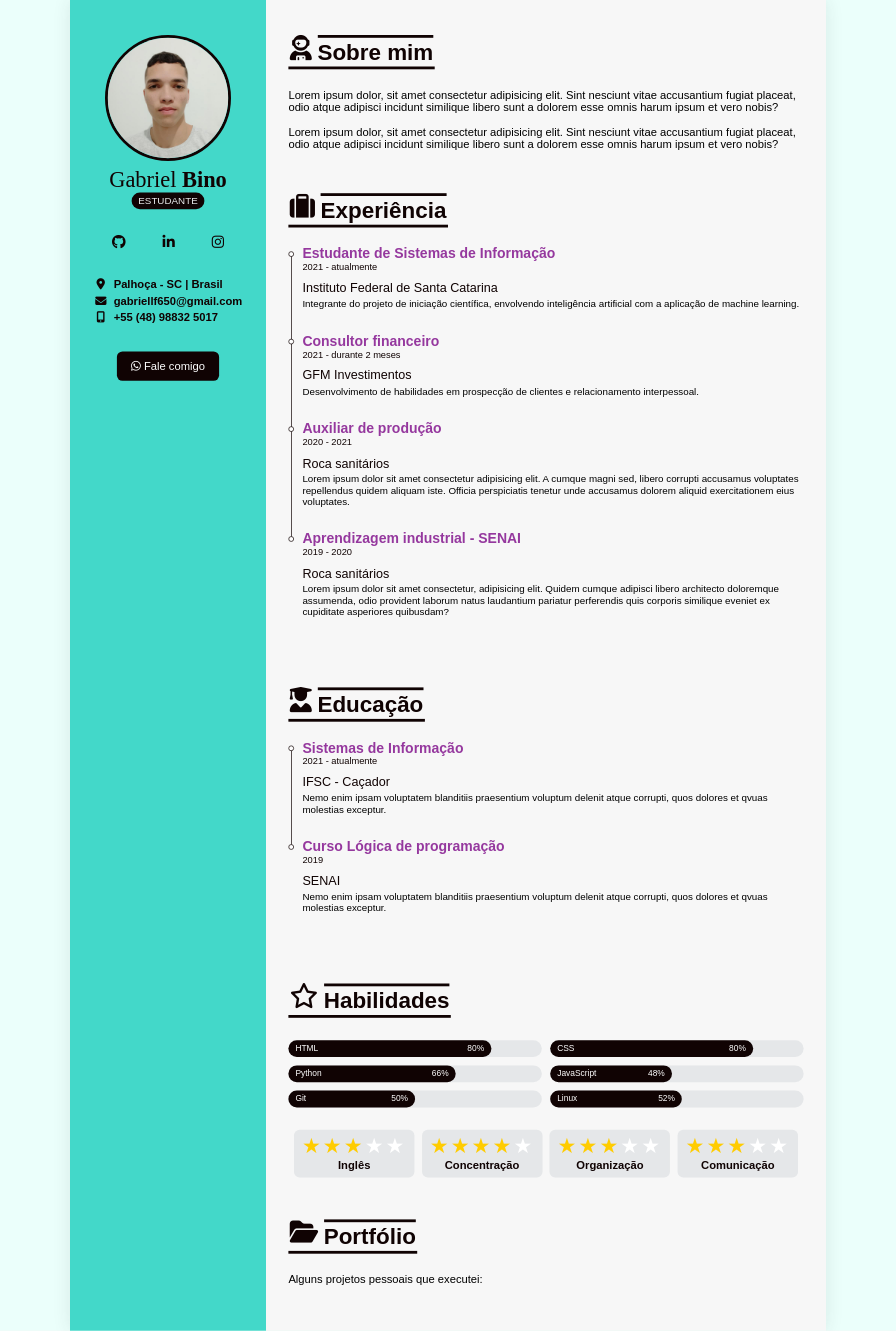
Repository: gabrielbino/projects-dio
Page: curriculoResponsivo/index.html
The author's editor kept a copy of each file at every save. The page is drawn from the files as they stood at one save, then again after the next save.
The browser window is 1280 px wide. The pictures show the whole page, at 70% of full size.
Some web libraries are served in a nearby version.

Above is the page before, as saved 2021-10-19 11:54:17.

After the next save:
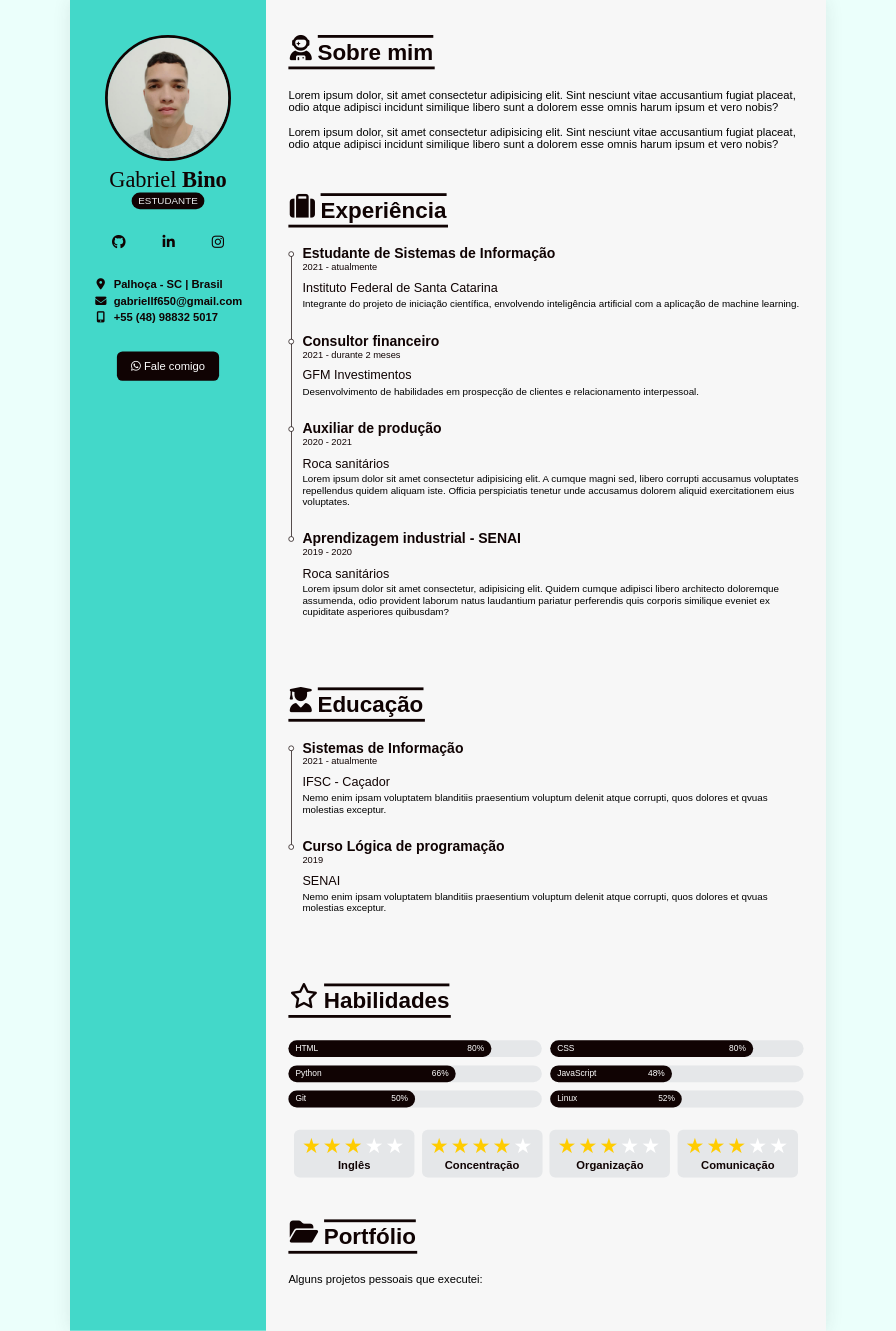
Saved 14 s later.
--- a/curriculoResponsivo/css/style.css
+++ b/curriculoResponsivo/css/style.css
@@ -185,7 +185,7 @@ article:not(:last-of-type) {
 }
 
 .timeline-title {
-  color: #95389e;
+  color: #100303;
   font-size: 20px;
   margin: -8px 0 0;
 }
